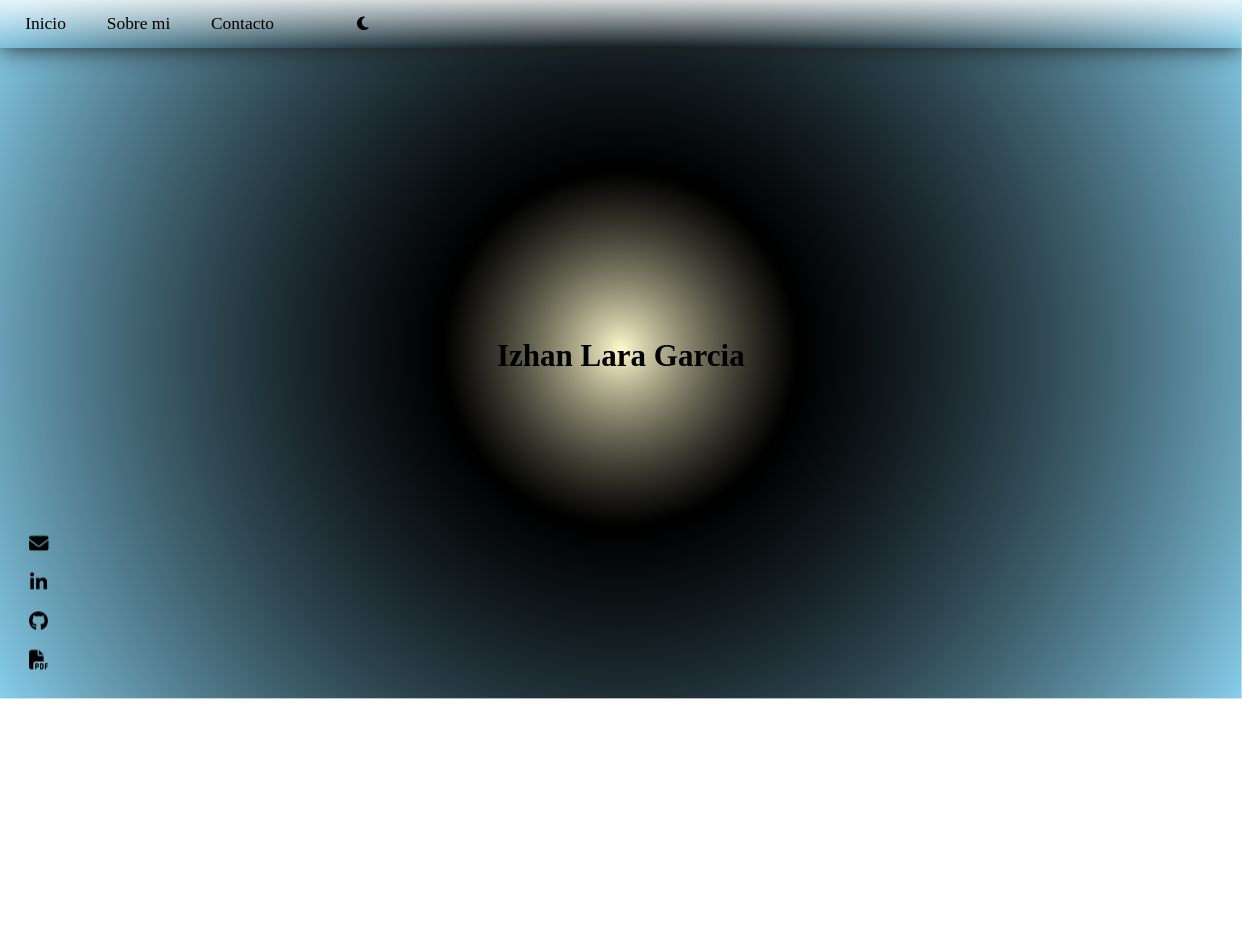
Repository: izhanlaraagarcia/izhanlaraagarcia.github.io
Page: / (app in vite-project/)
The author's editor kept a copy of each file at every save. The page is drawn from the files as they stood at one save, then again after a run of saves.
The browser window is 1280 px wide. The pictures show the whole page, at 97% of full size.
The project was rebuilt for these pictures with package versions that can differ from the ones it lists, and the page was loaded fresh each time. Also part of the build but not shown: vite-project/vite.config.js, vite-project/src/pages/About/styles/about.scss, vite-project/src/pages/About/about.jsx, vite-project/src/pages/Contact/contact.jsx.

Above is the page before, as saved 2024-08-19 14:46:42.

After the next 2 saves:
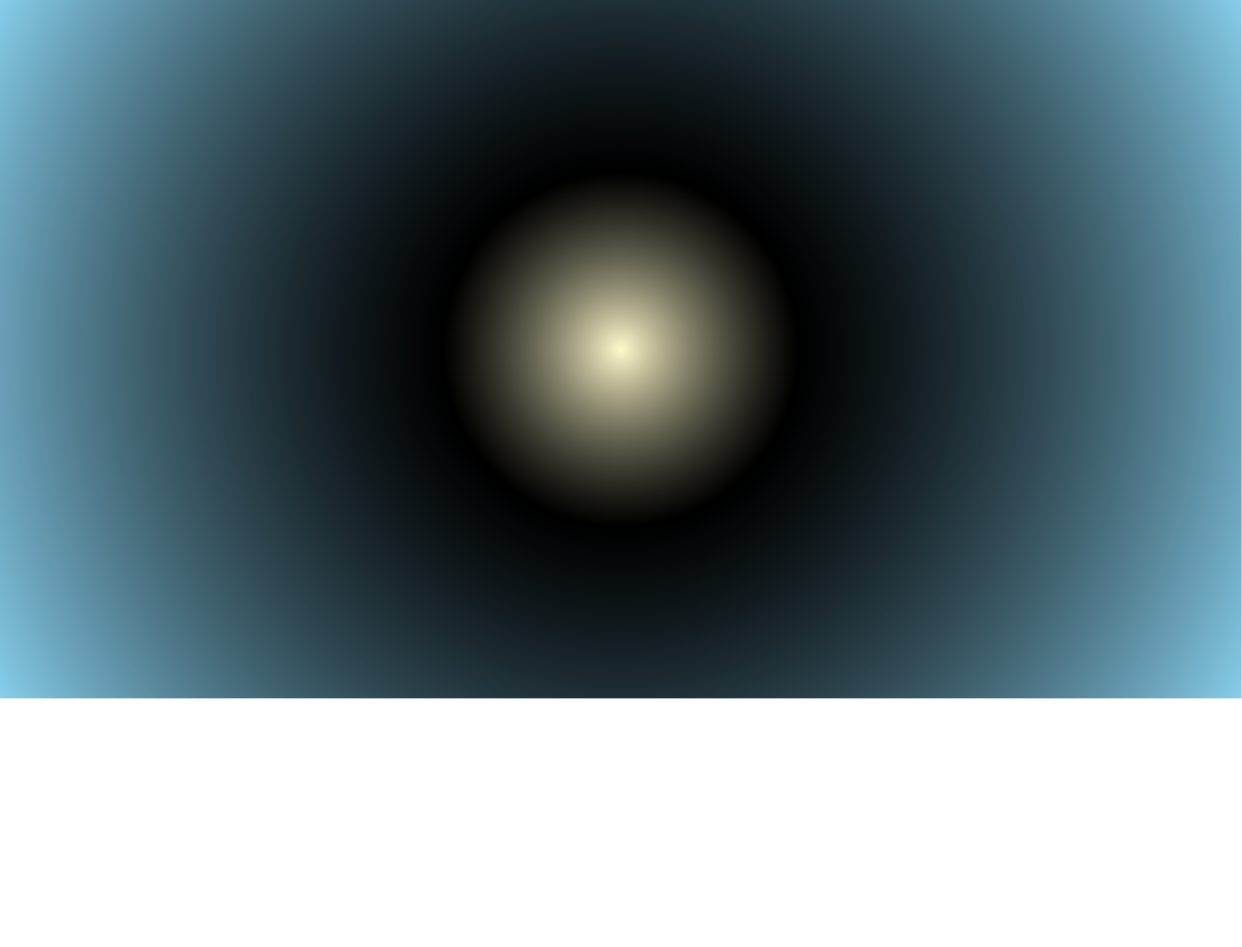
Console error: ReferenceError: SocialMedia is not defined
The 2 saves are shown as one change because they came seconds apart.
The last was saved 33 s later.
--- a/vite-project/src/Componentes-Generales/menu.jsx
+++ b/vite-project/src/Componentes-Generales/menu.jsx
@@ -28,7 +28,10 @@
           </li>
         </ul>
       </nav>
+      <SocialMedia />
+
     </header>
+
   );
 };
 

After the 2 saves that followed:
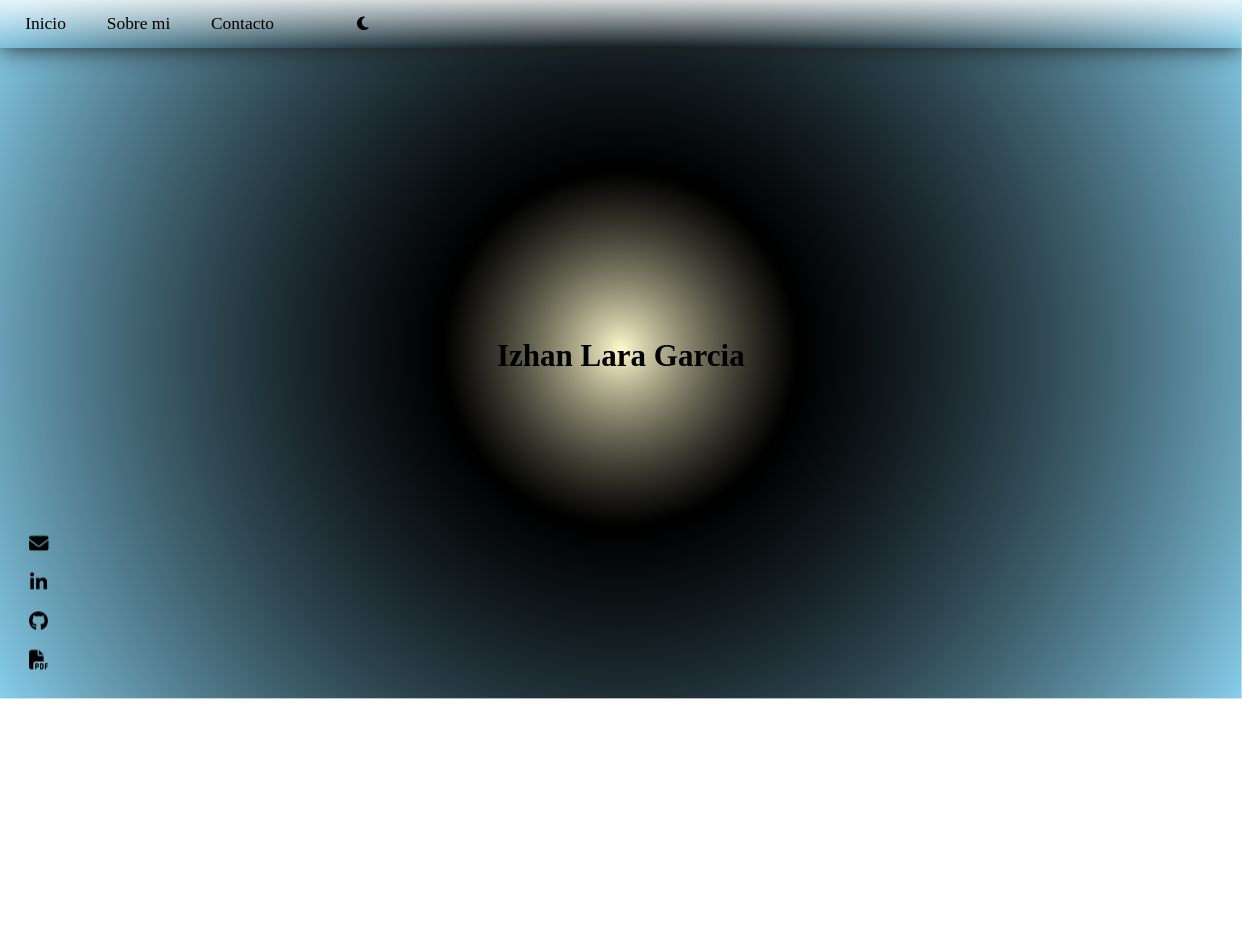
The error is gone.
The 2 saves are shown as one change because they came seconds apart.
The last was saved 9 s later.
--- a/vite-project/src/Componentes-Generales/menu.jsx
+++ b/vite-project/src/Componentes-Generales/menu.jsx
@@ -28,8 +28,6 @@
           </li>
         </ul>
       </nav>
-      <SocialMedia />
-
     </header>
 
   );
